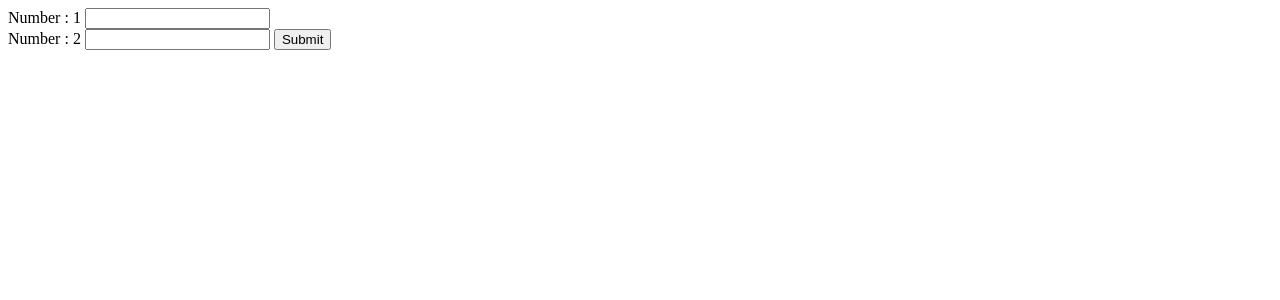
Repository: kirankumarrr/javaServlet
Page: ServletBasics/WebContent/numbers.html
These files come from the project's save history. The page is drawn as it stood at one moment and after the next save; the edit follows.
The browser window is 1280 px wide. The pictures show the whole page.

Above is the page before, as saved 2019-06-03 06:22:55.

After the next save:
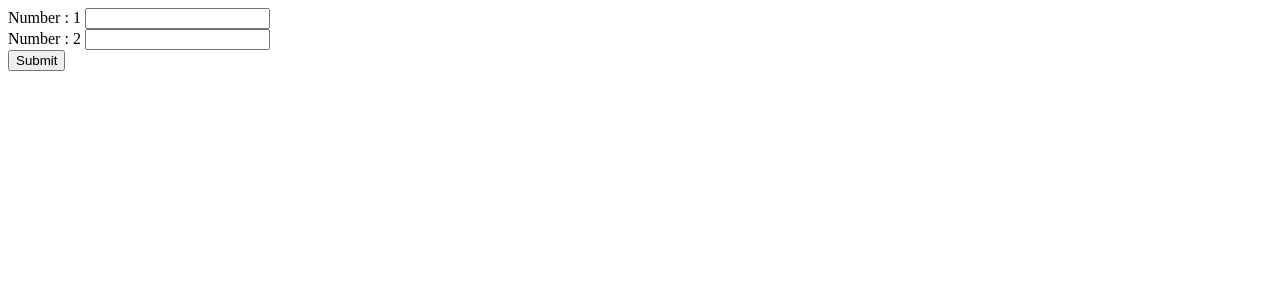
Saved 9 s later.
--- a/ServletBasics/WebContent/numbers.html
+++ b/ServletBasics/WebContent/numbers.html
@@ -7,8 +7,9 @@
 <body>
 	<form>
 		Number : 1 <input type="text" name="number1"/>
-		<br>
+		<br/>
 		Number : 2 <input type="text" name="number2"/>
+		<br/>
 		<input type="submit" name="submit"/>
 	</form>
 </body>
